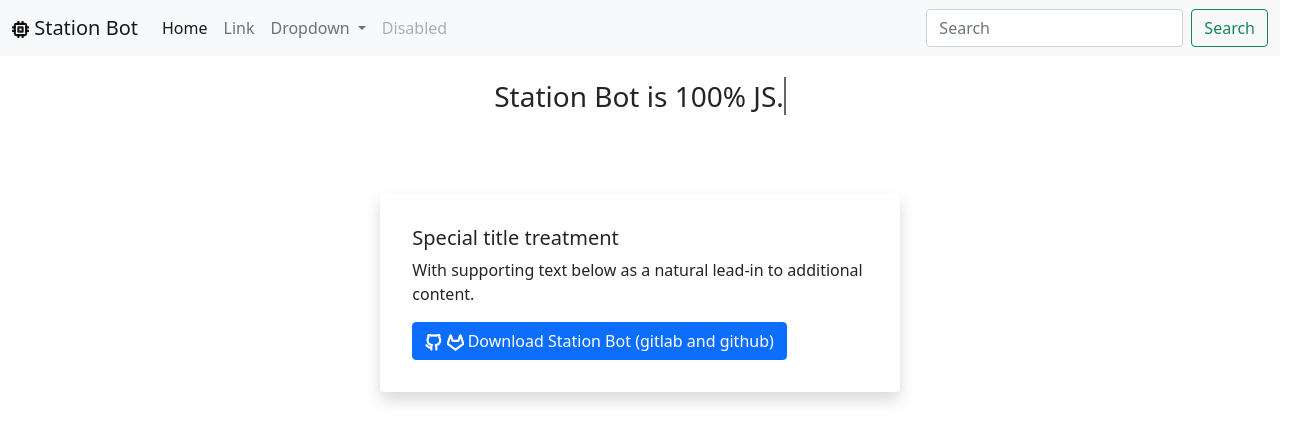
Repository: Valenplayer3000/StationBot-Web
Page: index.html
The author's editor kept a copy of each file at every save. The page is drawn from the files as they stood at one save, then again after the next save.
The browser window is 1280 px wide. The page is 1292 px wide, so the pictures cover 1292 px, including what lies to the right of the window. The pictures show the whole page.
Some web libraries are served in a nearby version.

Above is the page before, as saved 2021-11-02 09:03:02.

### index.html
<!DOCTYPE html>
<head>
    <!-- Required meta tags -->
    <meta charset="utf-8">
    <meta name="viewport" content="width=device-width, initial-scale=1">

    <!-- Bootstrap CSS and JS -->
    <script src="https://cdn.jsdelivr.net/npm/bootstrap@5.1.3/dist/js/bootstrap.bundle.min.js" integrity="sha384-ka7Sk0Gln4gmtz2MlQnikT1wXgYsOg+OMhuP+IlRH9sENBO0LRn5q+8nbTov4+1p" crossorigin="anonymous"></script>
    <link href="https://cdn.jsdelivr.net/npm/bootstrap@5.1.3/dist/css/bootstrap.min.css" rel="stylesheet" integrity="sha384-1BmE4kWBq78iYhFldvKuhfTAU6auU8tT94WrHftjDbrCEXSU1oBoqyl2QvZ6jIW3" crossorigin="anonymous">

    <!-- Font Awesome (Icons) -->
    <script src="https://kit.fontawesome.com/e5254c2b1e.js" crossorigin="anonymous"></script>

    <!-- Feather Icons -->
    <script src="https://unpkg.com/feather-icons"></script>
    <!-- Site's Titles -->
    <title>Station Bot</title>
</head>
<html lang="en">
  <nav class="navbar navbar-expand-lg navbar-light bg-light">
    <div class="container-fluid">
      <a class="navbar-brand" href="#"><i data-feather="cpu"></i> Station Bot</a>
      <button class="navbar-toggler" type="button" data-bs-toggle="collapse" data-bs-target="#navbarSupportedContent" aria-controls="navbarSupportedContent" aria-expanded="false" aria-label="Toggle navigation">
        <span class="navbar-toggler-icon"></span>
      </button>
      <div class="collapse navbar-collapse" id="navbarSupportedContent">
        <ul class="navbar-nav me-auto mb-2 mb-lg-0">
          <li class="nav-item">
            <a class="nav-link active" aria-current="page" href="#">Home</a>
          </li>
          <li class="nav-item">
            <a class="nav-link" href="#">Link</a>
          </li>
          <li class="nav-item dropdown">
            <a class="nav-link dropdown-toggle" href="#" id="navbarDropdown" role="button" data-bs-toggle="dropdown" aria-expanded="false">
              Dropdown
            </a>
            <ul class="dropdown-menu" aria-labelledby="navbarDropdown">
              <li><a class="dropdown-item" href="#">Action</a></li>
              <li><a class="dropdown-item" href="#">Another action</a></li>
              <li><hr class="dropdown-divider"></li>
              <li><a class="dropdown-item" href="#">Something else here</a></li>
            </ul>
          </li>
          <li class="nav-item">
            <a class="nav-link disabled">Disabled</a>
          </li>
        </ul>
        <form class="d-flex">
          <input class="form-control me-2" type="search" placeholder="Search" aria-label="Search">
          <button class="btn btn-outline-success" type="submit">Search</button>
        </form>
      </div>
    </div>
  </nav>
  <br>
  <h3 class="header">Station Bot is
    <span class="txt-rotate" data-period="2000"data-rotate='[ "easy to use.", "simple.", "100% JS.", "100% customizable."]'></span>
  </h3>
  <br>
  <br>
  <br>
    <div class="row">
        <div class="col-sm-5 center">
          <div class="shadow p-3 mb-5 bg-body rounded">
            <div class="card-body">
              <h5 class="card-title">Special title treatment</h5>
              <p class="card-text">With supporting text below as a natural lead-in to additional content.</p>
              <!-- Button trigger modal -->
                <button type="button" class="btn btn-primary" data-bs-toggle="modal" data-bs-target="#exampleModal">
                  <i data-feather="github"></i> <i data-feather="gitlab"></i>  Download Station Bot (gitlab and github)
                </button>

                <!-- Modal -->
                <div class="modal fade" id="exampleModal" tabindex="-1" aria-labelledby="exampleModalLabel" aria-hidden="true">
                  <div class="modal-dialog">
                    <div class="modal-content">
                      <div class="modal-header">
                        <h5 class="modal-title" id="exampleModalLabel">Modal title</h5>
                        <button type="button" class="btn-close" data-bs-dismiss="modal" aria-label="Close"></button>
                      </div>
                      <div class="modal-body">
                        Remember. This repo it only for developer. You many need to make a your own bot using Station Bot.
                        Its unstable right now.
                        Use at your own risk
                      </div>
                      <div class="modal-footer">
                        <button type="button" class="btn btn-primary"><i data-feather="download"></i> Take me to Download!</button>
                        <button type="button" class="btn btn-secondary" data-bs-dismiss="modal">Close</button>
                      </div>
                    </div>
                  </div>
                </div>
            </div>
          </div>
        </div>
      </div>
      <br>
</html>
<style>
  .feather {
  width: 17px;
  height: 17px;
  stroke: currentColor;
  stroke-width: 3;
  stroke-linecap: round;
  stroke-linejoin: round;
  fill: none;
}
.header{
  text-align: center;
}
.center{
  margin: 0 auto;
}
</style>
<script>
  feather.replace()
</script>
<script>
  var TxtRotate = function(el, toRotate, period) {
  this.toRotate = toRotate;
  this.el = el;
  this.loopNum = 1;
  this.period = parseInt(period, 10) || 1000;
  this.txt = '';
  this.tick();
  this.isDeleting = false;
};

TxtRotate.prototype.tick = function() {
  var i = this.loopNum % this.toRotate.length;
  var fullTxt = this.toRotate[i];

  if (this.isDeleting) {
    this.txt = fullTxt.substring(0, this.txt.length - 1);
  } else {
    this.txt = fullTxt.substring(0, this.txt.length + 1);
  }

  this.el.innerHTML = '<span class="wrap">'+this.txt+'</span>';

  var that = this;
  var delta = 200 - Math.random() * 100;

  if (this.isDeleting) { delta /= 2; }

  if (!this.isDeleting && this.txt === fullTxt) {
    delta = this.period;
    this.isDeleting = true;
  } else if (this.isDeleting && this.txt === '') {
    this.isDeleting = false;
    this.loopNum++;
    delta = 500;
  }

  setTimeout(function() {
    that.tick();
  }, delta);
};

window.onload = function() {
  var elements = document.getElementsByClassName('txt-rotate');
  for (var i=0; i<elements.length; i++) {
    var toRotate = elements[i].getAttribute('data-rotate');
    var period = elements[i].getAttribute('data-period');
    if (toRotate) {
      new TxtRotate(elements[i], JSON.parse(toRotate), period);
    }
  }
  // INJECT CSS
  var css = document.createElement("style");
  css.type = "text/css";
  css.innerHTML = ".txt-rotate > .wrap { border-right: 0.09em solid #666 }";
  document.body.appendChild(css);
};
</script>
<style>
@import url('https://fonts.googleapis.com/css2?family=Inter:wght@100;200;300;400;500;600;700;800;900&display=swap');
.tpyewirter {
text-align: center;
  font-family: 'Inter';
}
.button-center{
  display: flex;
  margin: auto;
}
</style>

After the next save:
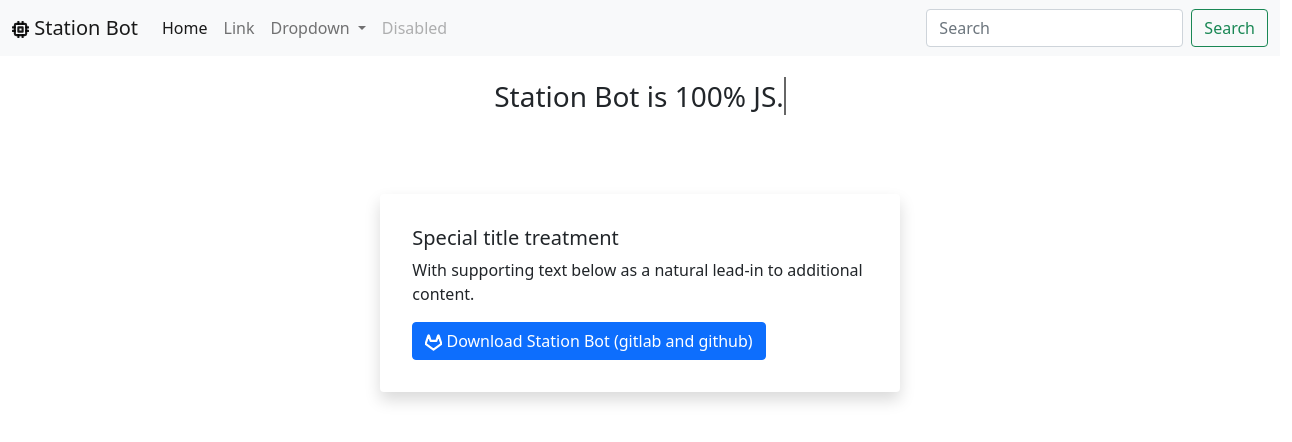
Saved 23 s later.
--- a/index.html
+++ b/index.html
@@ -67,8 +67,7 @@
               <h5 class="card-title">Special title treatment</h5>
               <p class="card-text">With supporting text below as a natural lead-in to additional content.</p>
               <!-- Button trigger modal -->
-                <button type="button" class="btn btn-primary" data-bs-toggle="modal" data-bs-target="#exampleModal">
-                  <i data-feather="github"></i> <i data-feather="gitlab"></i>  Download Station Bot (gitlab and github)
+                <button type="button" class="btn btn-primary" data-bs-toggle="modal" data-bs-target="#exampleModal"> <i data-feather="gitlab"></i>  Download Station Bot (gitlab and github)
                 </button>
 
                 <!-- Modal -->
